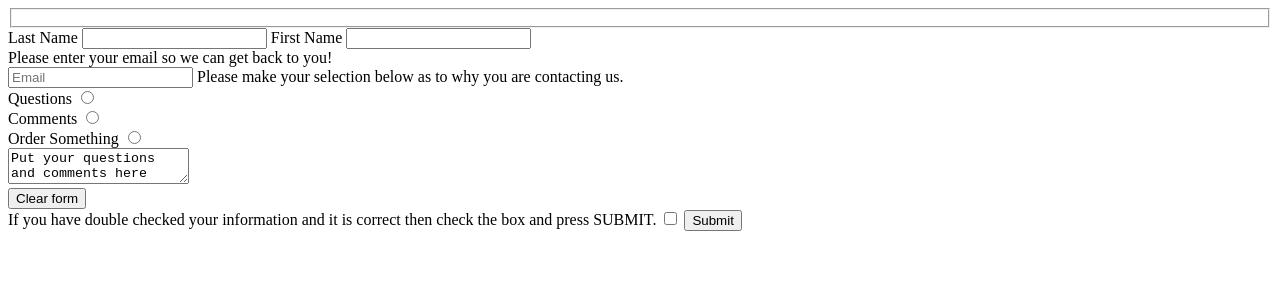
Repository: nsisk1/web-page-project
Page: contact-us.html
These files come from the project's save history. The page is drawn as it stood at one moment and after a run of saves; the edit follows.
The browser window is 1280 px wide. The pictures show the whole page.

Above is the page before, as saved 2024-07-14 10:08:48.

After the next 4 saves:
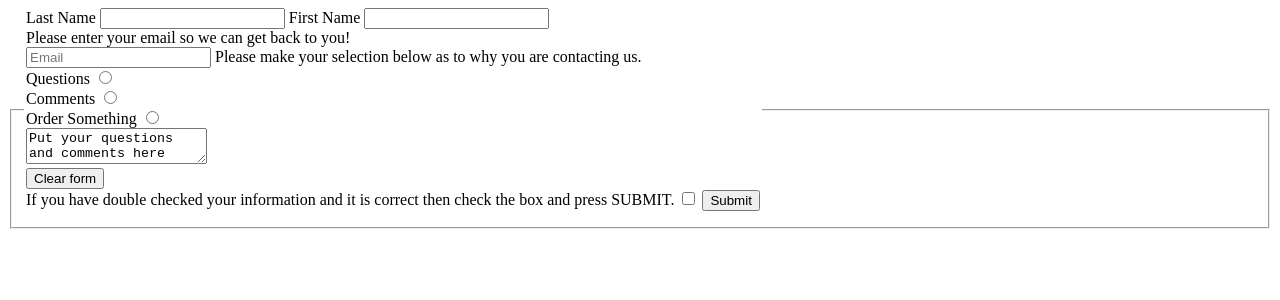
The 4 saves are shown as one change because they came seconds apart.
The last was saved 13 s later.
--- a/contact-us.html
+++ b/contact-us.html
@@ -5,7 +5,8 @@
     </head>
     <body>
         <form id="myMailerForm" action="mailto:nsisk1@student.dallascollege.edu" method="post">
-            <fieldset></fieldset>
+            <fieldset>
+                <legend
             <label>Last Name
                 <input type="text" name="lastname" required>
             </label>
